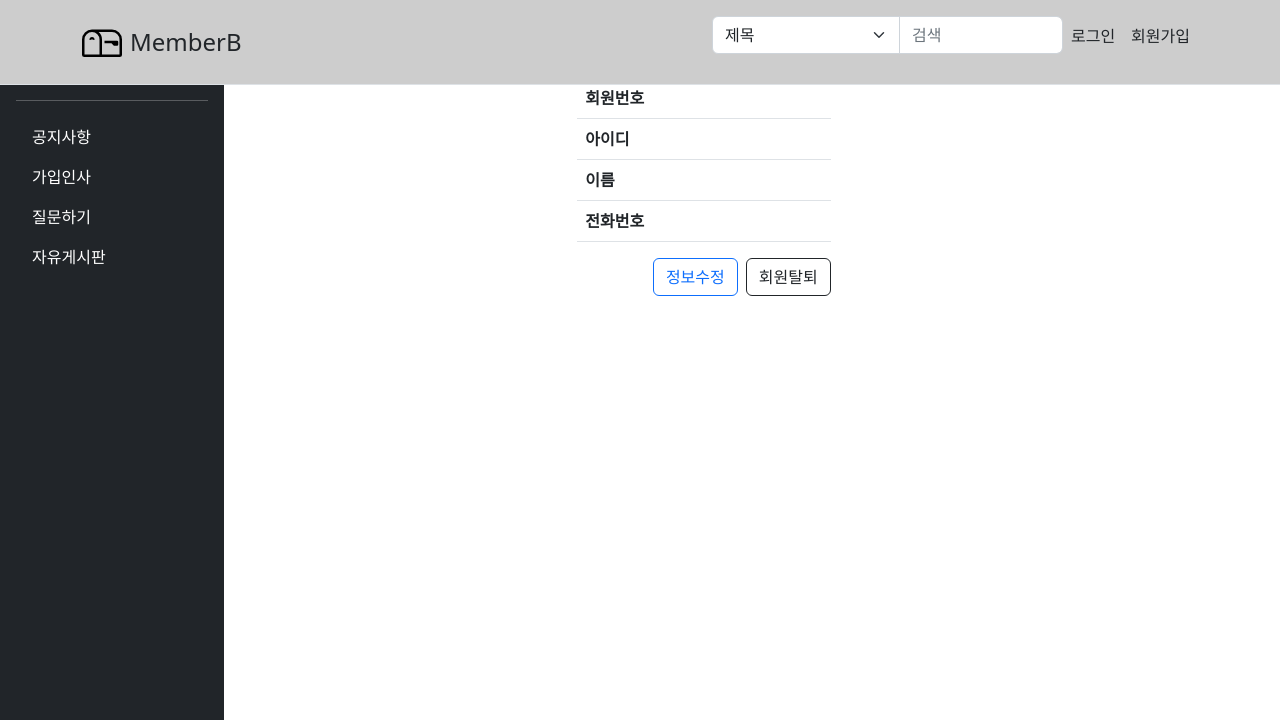
Repository: charmErin/board_220915
Page: http://localhost/board/WEB-INF/views/member/detail.jsp
An editor plug-in stored every save of this project. The page is shown before and after the next save, followed by the edit.
The browser window is 1280 px wide. The pictures show the whole page.
The page is served by Tomcat 9. Nobody is signed in. The template is opened directly, without the code that normally fills it, so the values that code supplies are empty.

Above is the page before, as saved 2022-09-16 02:38:34.
Console error: SyntaxError: Unexpected token ';'

After the next save:
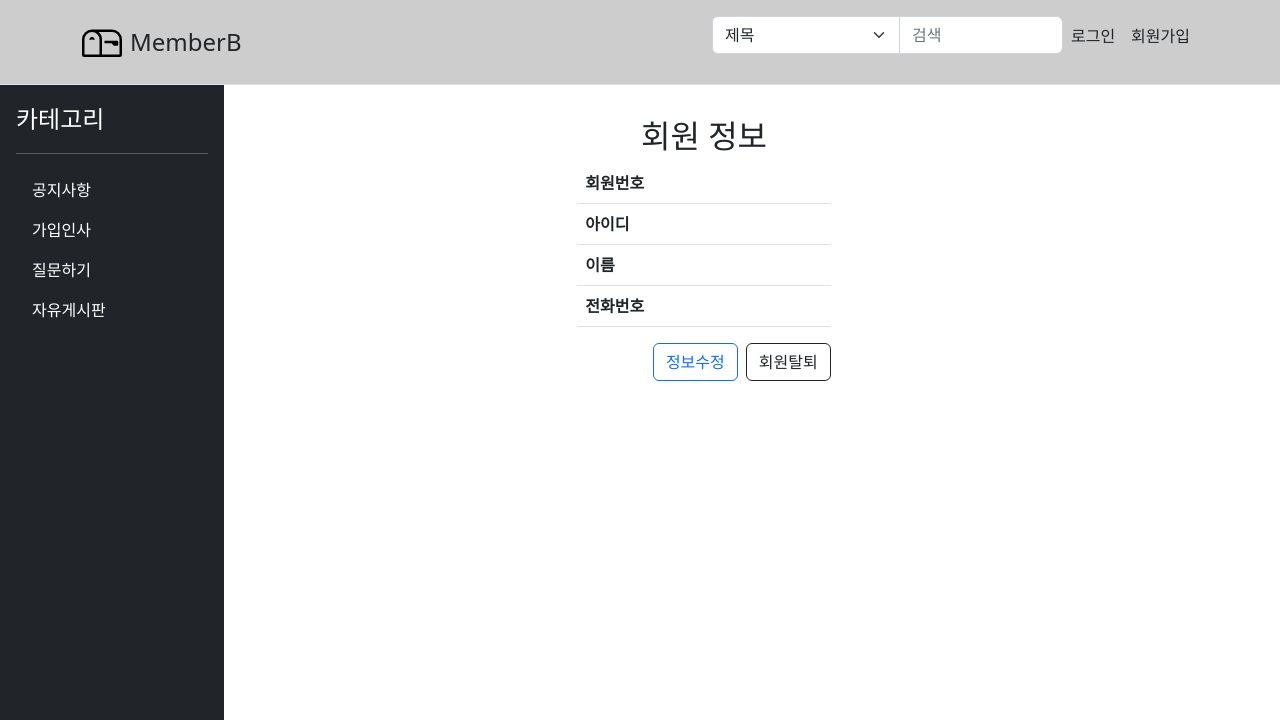
Saved 26 s later.
--- a/board/src/main/webapp/WEB-INF/views/layout/header.jsp
+++ b/board/src/main/webapp/WEB-INF/views/layout/header.jsp
@@ -22,7 +22,7 @@
 </style>
 </head>
 <body>
-	<header class="py-3 border-bottom header-fix fixed-top">
+	<header class="py-3 border-bottom header-fix">
 		<div class="container d-flex flex-wrap justify-content-center">
 			<a href="/" class="d-flex align-items-center mb-3 mb-lg-0 me-lg-auto text-dark text-decoration-none">
 				<img src="../../../resources/svg/mailbox.svg" width="40" height="40">

After the save that followed:
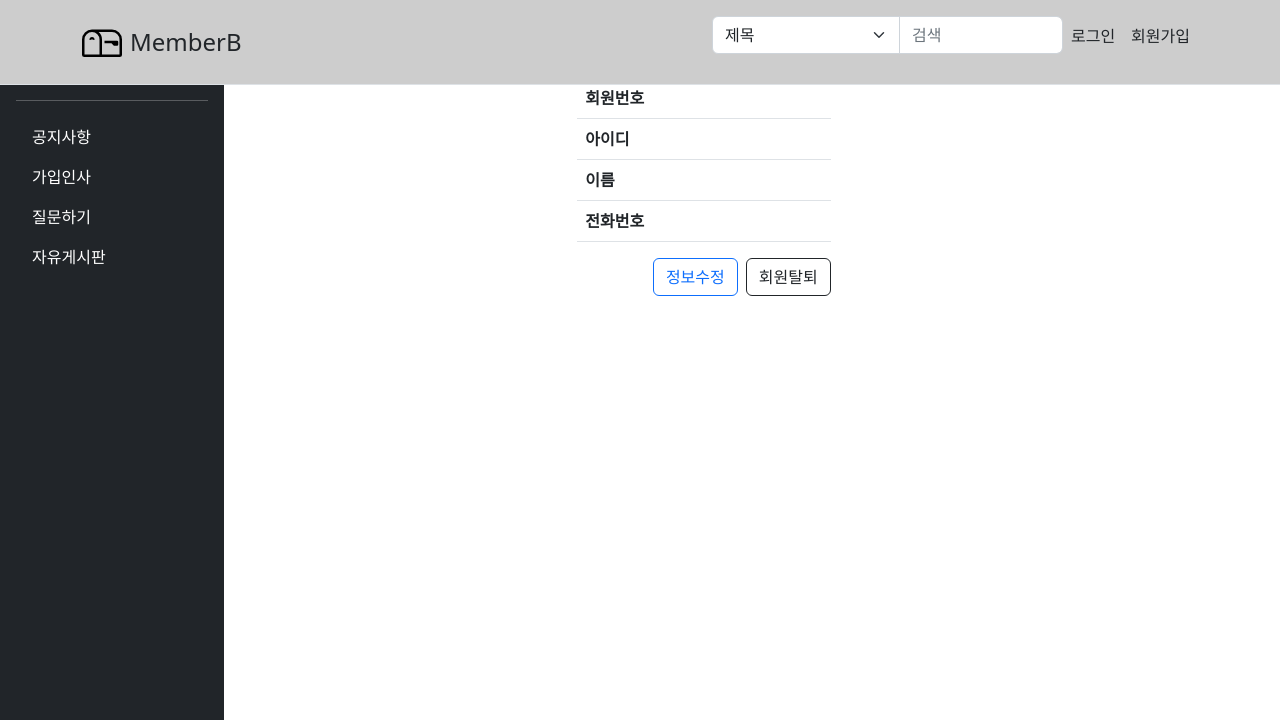
Saved 25 s later.
--- a/board/src/main/webapp/WEB-INF/views/layout/header.jsp
+++ b/board/src/main/webapp/WEB-INF/views/layout/header.jsp
@@ -22,7 +22,7 @@
 </style>
 </head>
 <body>
-	<header class="py-3 border-bottom header-fix">
+	<header class="py-3 border-bottom header-fix fixed-top">
 		<div class="container d-flex flex-wrap justify-content-center">
 			<a href="/" class="d-flex align-items-center mb-3 mb-lg-0 me-lg-auto text-dark text-decoration-none">
 				<img src="../../../resources/svg/mailbox.svg" width="40" height="40">
